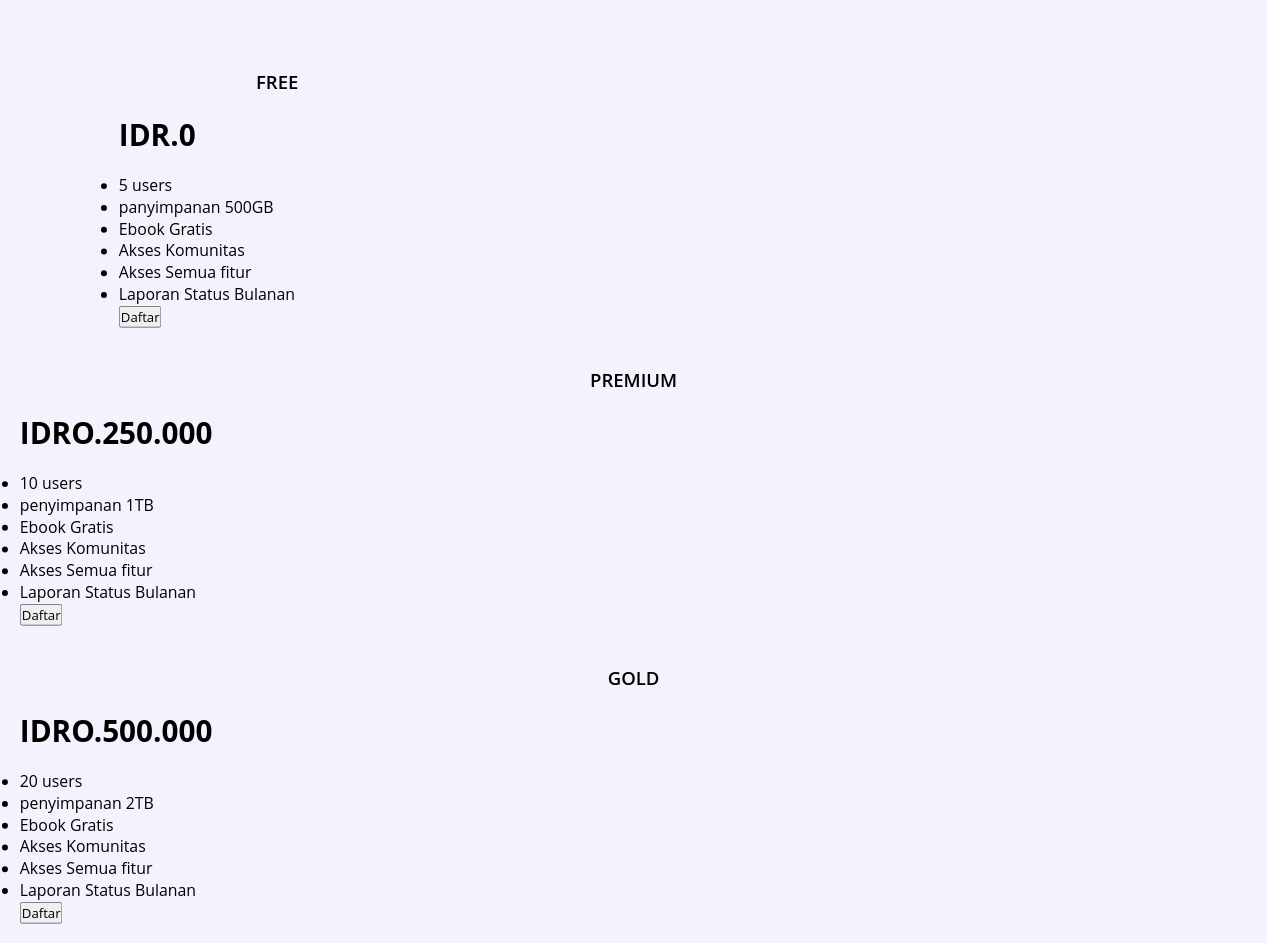
Repository: TUTJAL/my-website
Page: card.html
These files come from the project's save history. The page is drawn as it stood at one moment and after a run of saves; the edit follows.
The browser window is 1280 px wide. The pictures show the whole page, at 99% of full size.

Above is the page before, as saved 2024-06-20 11:08:37.

After the next 2 saves:
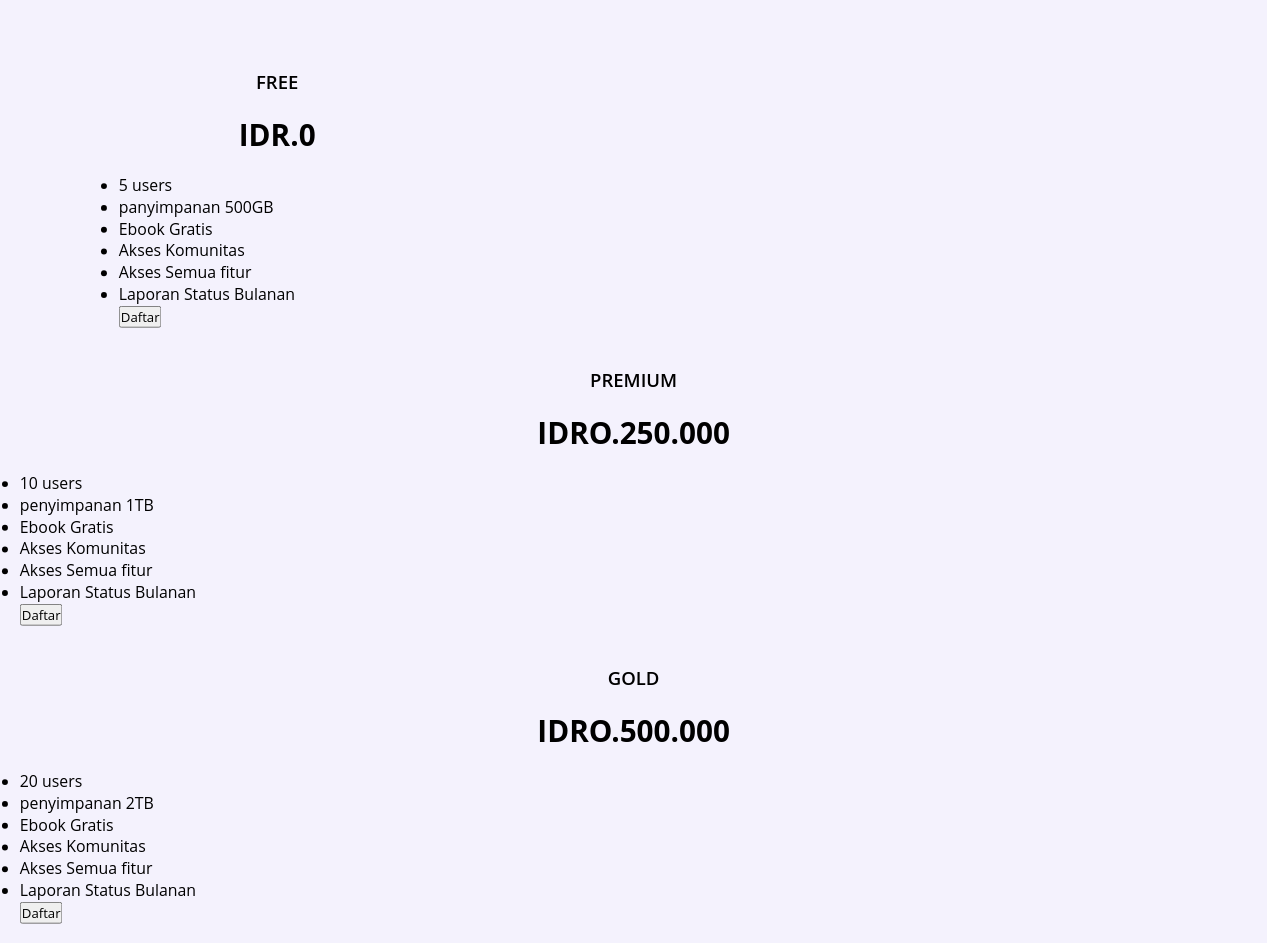
The 2 saves are shown as one change because they came seconds apart.
The last was saved 6 s later.
--- a/card.css
+++ b/card.css
@@ -43,5 +43,5 @@ body{
 .single-card h1{
     margin: 20px 0px;
     font-size: 30px;
-    t
+    text-align: center;
 }
